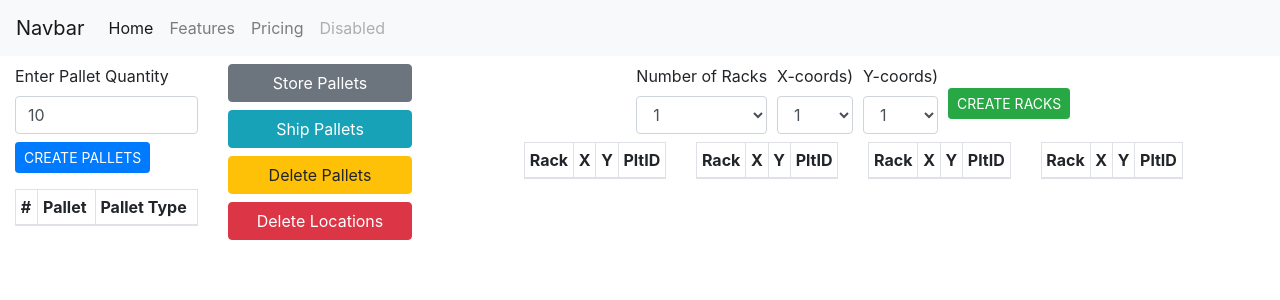
Repository: gholler76/planflow
Page: http://localhost/planflow/WEB-INF/home.jsp
An editor plug-in stored every save of this project. The page is shown before and after the next save, followed by the edit.
The browser window is 1280 px wide. The pictures show the whole page.
The page is served by Tomcat 9. Nobody is signed in. The template is opened directly, without the code that normally fills it, so the values that code supplies are empty.

Above is the page before, as saved 2021-05-28 14:02:48.

After the next save:
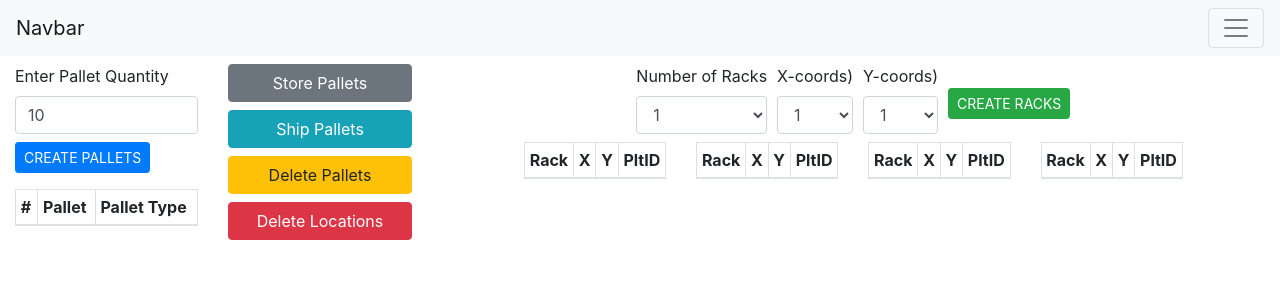
Saved 85 s later.
--- a/planflow/src/main/webapp/WEB-INF/home.jsp
+++ b/planflow/src/main/webapp/WEB-INF/home.jsp
@@ -15,7 +15,7 @@
     <link rel="stylesheet" href="https://cdn.jsdelivr.net/npm/bootstrap@4.6.0/dist/css/bootstrap.min.css" integrity="sha384-B0vP5xmATw1+K9KRQjQERJvTumQW0nPEzvF6L/Z6nronJ3oUOFUFpCjEUQouq2+l" crossorigin="anonymous">
 </head>
 <body>
-	<nav class="navbar navbar-expand-lg navbar-light bg-light">
+	<nav class="navbar navbar-light bg-light">
 	  <a class="navbar-brand" href="#">Navbar</a>
 	  <button class="navbar-toggler" type="button" data-toggle="collapse" data-target="#navbarNavAltMarkup" aria-controls="navbarNavAltMarkup" aria-expanded="false" aria-label="Toggle navigation">
 	    <span class="navbar-toggler-icon"></span>
